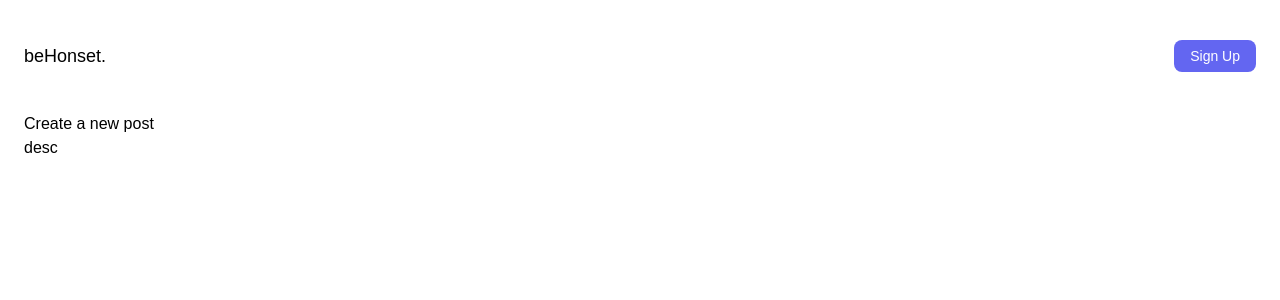
Repository: aidenfine/be-honset
Page: /post
An editor plug-in stored every save of this project. The page is shown before and after the next save, followed by the edit.
The browser window is 1280 px wide. The pictures show the whole page.
The page's requests for data from a server got no answer. The project was rebuilt for these pictures with package versions that can differ from the ones it lists, and the page was loaded fresh each time. The framework's server and built-in components were replaced by stand-ins that run in the browser. No one was signed in, and anything a server would have sent is missing. Also part of the build but not shown: next.config.js.

Above is the page before, as saved 2022-10-26 19:57:46.

After the next save:
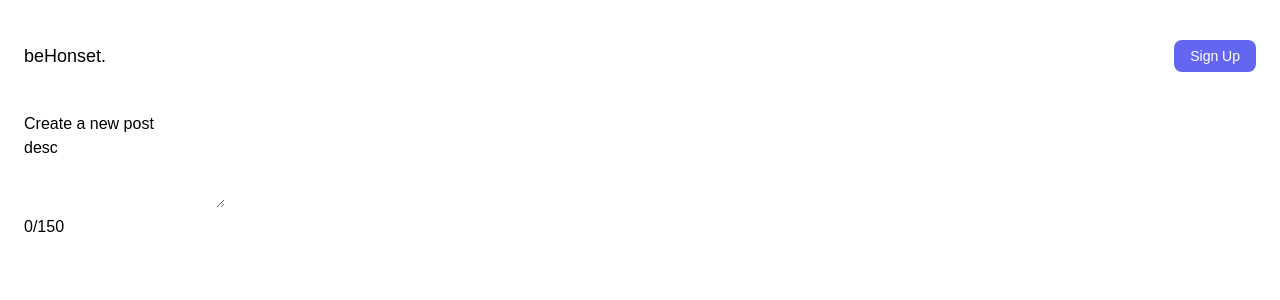
Saved 22 s later.
--- a/pages/post.js
+++ b/pages/post.js
@@ -14,6 +14,8 @@
                     <h3>
                         desc
                     </h3>
+                    <textarea></textarea>
+                    <p>0/150</p>
                 </div>
             </form>
         </div>
